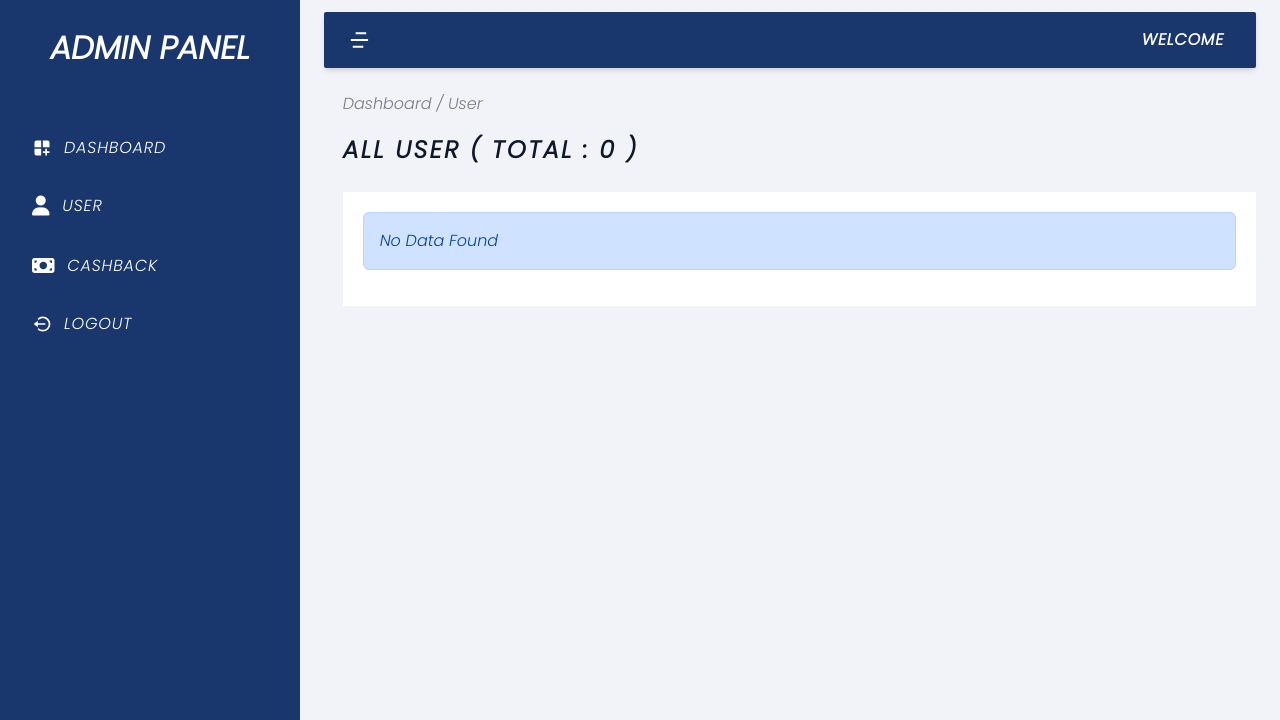
Repository: FlyweisReact/Ankit-Pandey-Admin-Panel
Page: /Admin
An editor plug-in stored every save of this project. The page is shown before and after a run of saves, followed by the edit.
The browser window is 1280 px wide. The pictures show the whole page.
The page's requests for data from a server got no answer. Some web libraries are served in a nearby version. The project was rebuilt for these pictures with package versions that can differ from the ones it lists, and the page was loaded fresh each time. No one was signed in, and anything a server would have sent is missing. Also part of the build but not shown: src/Screen/Login.jsx, src/Screen/Dashboard.js, src/Screen/EAdminCustomer.js.

Above is the page before, as saved 2023-06-16 16:03:16.

After the next 4 saves:
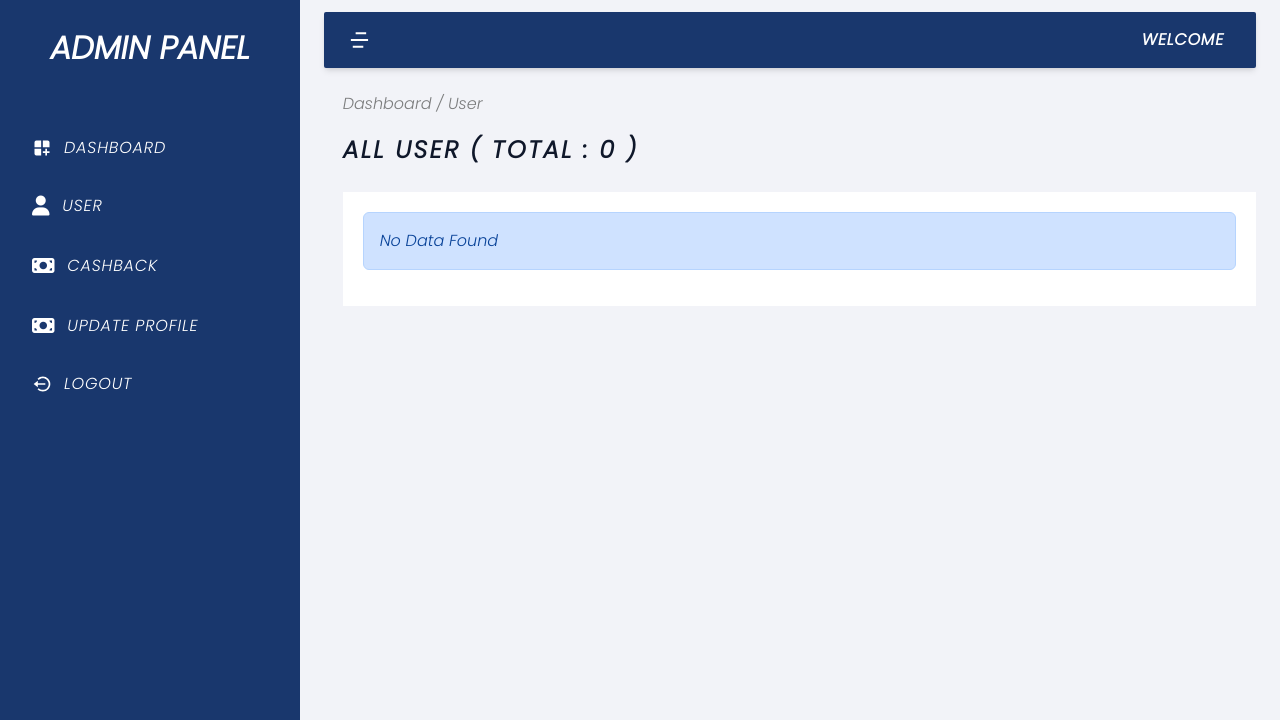
The 4 saves are shown as one change because 3 did not build or start.
The last was saved 49 s later.
--- a/src/Screen/layout/Sidebar.jsx
+++ b/src/Screen/layout/Sidebar.jsx
@@ -26,6 +26,13 @@ const Sidebar = ({ hamb, setHamb }) => {
       ),
       link: "/Customer",
       name: "Cashback",
+    },
+    {
+      icon: (
+        <i className="fa-sharp fa-solid fa-money-bill text-xl mr-3 rounded-full "></i>
+      ),
+      link: "/updateProfile",
+      name: "Update Profile",
     }
   ];
 
